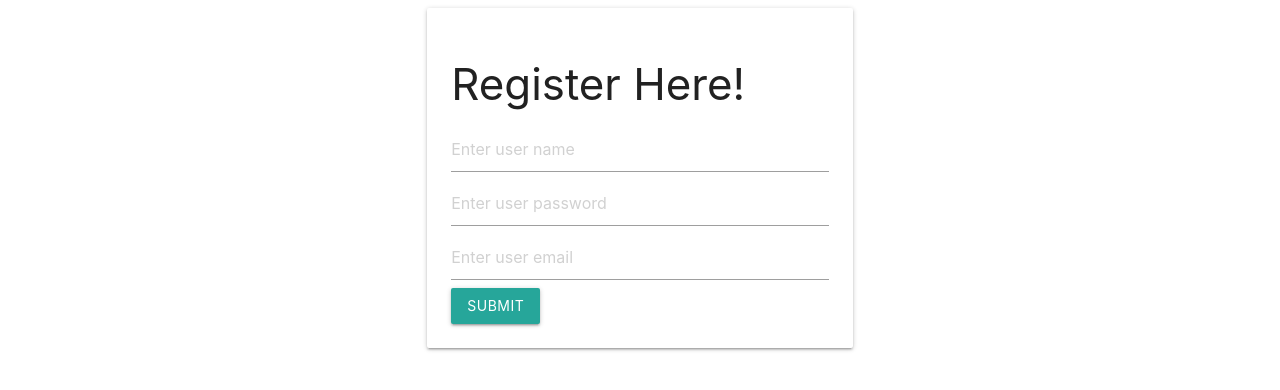
Repository: riddhiwho/Eclipse-Projects
Page: http://localhost/Register/signup.jsp
These files come from the project's save history. The page is drawn as it stood at one moment and after a run of saves; the edit follows.
The browser window is 1280 px wide. The pictures show the whole page.
The page is served by Tomcat 9.

Above is the page before, as saved 2021-06-05 05:50:06.

After the next 2 saves:
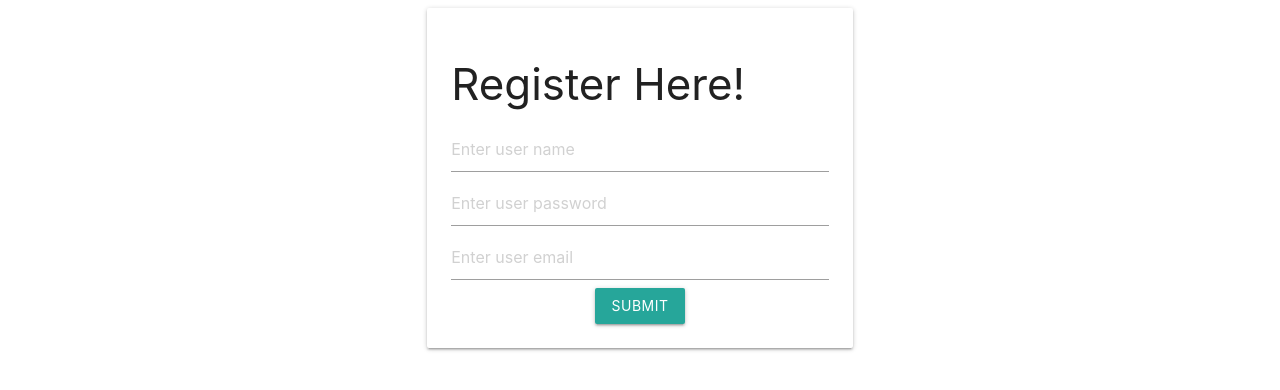
The 2 saves are shown as one change because they came seconds apart.
The last was saved 11 s later.
--- a/Register/src/main/webapp/signup.jsp
+++ b/Register/src/main/webapp/signup.jsp
@@ -21,7 +21,7 @@
 					<div class="card-content">
 						<h3>Register Here!</h3>
 
-						<div class="form">
+						<div class="form center-align">
 
 							<form action="Register" method="post">
 								<input type="text" name="user_name" placeholder="Enter user name" />
